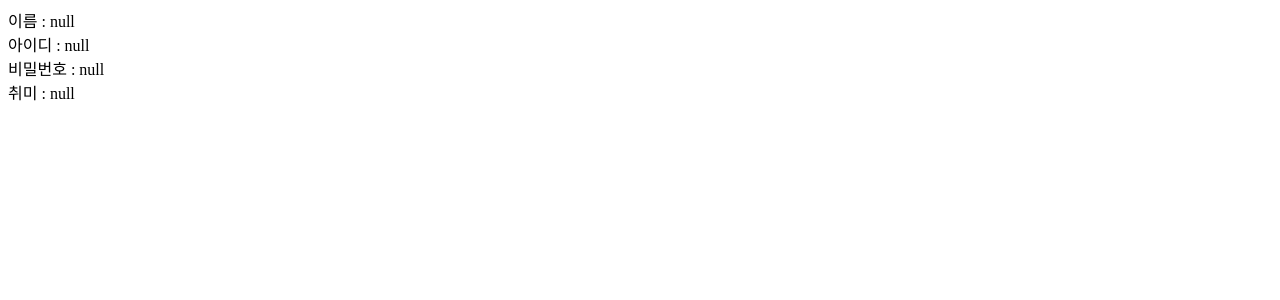
Repository: gowjd4419/jsp
Page: http://localhost/JSPBasic/jspobject/request/req_user.jsp
An editor plug-in stored every save of this project. The page is shown before and after the next save, followed by the edit.
The browser window is 1280 px wide. The pictures show the whole page.
The page is served by Tomcat 9.

Above is the page before, as saved 2022-03-25 11:06:56.

### JSPBasic/src/main/webapp/jspobject/request/req_user.jsp
<%@page import="java.util.Arrays"%>
<%@ page language="java" contentType="text/html; charset=UTF-8"
    pageEncoding="UTF-8"%>
<!DOCTYPE html>
<html>
<head>
<meta charset="UTF-8">
<title>Insert title here</title>
</head>
<body>
<%
request.setCharacterEncoding("utf-8");

String uName = request.getParameter("uname");
String uId = request.getParameter("uid");
String uPw = request.getParameter("upw");

String[] hobby = request.getParameterValues("hobby");// 체크박스는 같은 명칭으로 데이터가 여럿 넘어오므로 배열처리해주면 여러개를 체크해도 그대로 나올수있게됨
%>

이름 : <%= uName %><br>
아이디 : <%= uId %><br>
비밀번호 : <%= uPw %><br>
취미 : <%= Arrays.toString(hobby) %><br><%--배열의 경우 Arrays.toString(출력배열)로 나열할수있다. --%>
</body>
</html>

After the next save:
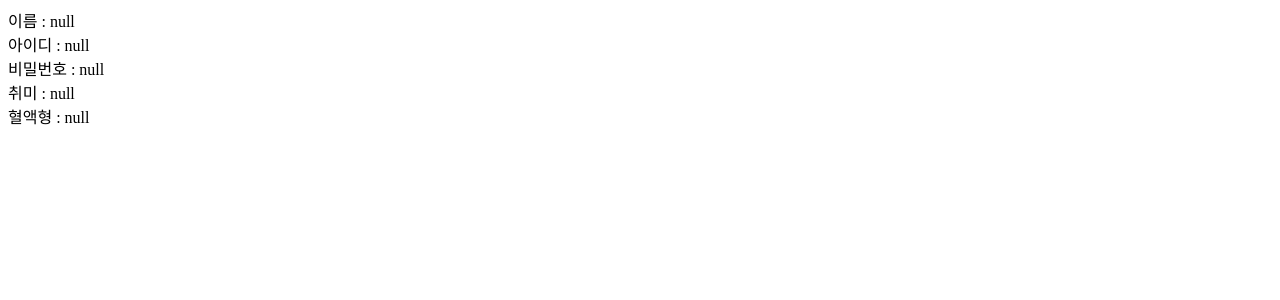
Saved 67 s later.
--- a/JSPBasic/src/main/webapp/jspobject/request/req_user.jsp
+++ b/JSPBasic/src/main/webapp/jspobject/request/req_user.jsp
@@ -16,11 +16,13 @@ String uId = request.getParameter("uid");
 String uPw = request.getParameter("upw");
 
 String[] hobby = request.getParameterValues("hobby");// 체크박스는 같은 명칭으로 데이터가 여럿 넘어오므로 배열처리해주면 여러개를 체크해도 그대로 나올수있게됨
+String[] blood = request.getParameterValues("blood");
 %>
 
 이름 : <%= uName %><br>
 아이디 : <%= uId %><br>
 비밀번호 : <%= uPw %><br>
 취미 : <%= Arrays.toString(hobby) %><br><%--배열의 경우 Arrays.toString(출력배열)로 나열할수있다. --%>
+혈액형 : <%= Arrays.toString(blood) %><br>
 </body>
 </html>
